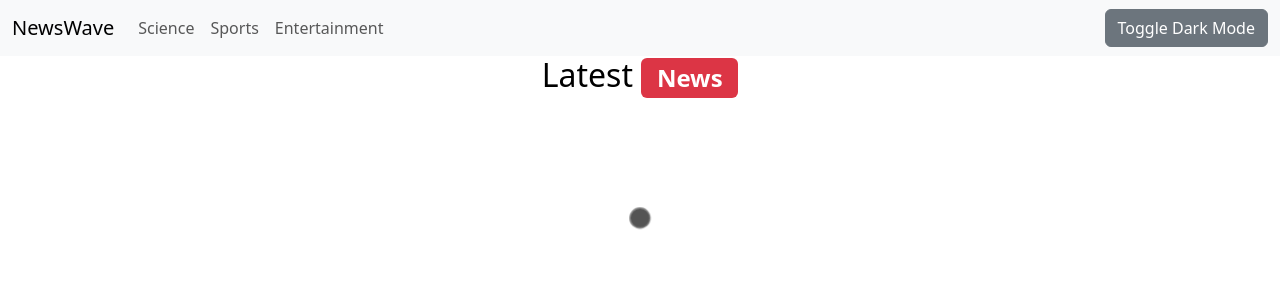
Repository: PranjalTripathi2003/news-wave
Page: /
These files come from the project's save history. The page is drawn as it stood at one moment and after the next save; the edit follows.
The browser window is 1280 px wide. The pictures show the whole page.
The page's requests for data from a server got no answer. The project was rebuilt for these pictures with package versions that can differ from the ones it lists, and the page was loaded fresh each time. No one was signed in, and anything a server would have sent is missing. Also part of the build but not shown: vite.config.js, src/styles/NewsItem.css, src/components/NewsItem.jsx.

Above is the page before, as saved 2024-07-26 11:30:53.

### index.html
<!DOCTYPE html>
<html lang="en">
  <head>
    <meta charset="UTF-8" />
    <meta name="viewport" content="width=device-width, initial-scale=1.0" />
    <title>NewsWave</title>
    <link
      href="https://cdn.jsdelivr.net/npm/bootstrap@5.3.3/dist/css/bootstrap.min.css"
      rel="stylesheet"
      integrity="sha384-QWTKZyjpPEjISv5WaRU9OFeRpok6YctnYmDr5pNlyT2bRjXh0JMhjY6hW+ALEwIH"
      crossorigin="anonymous"
    />
    <link rel="icon" href="data:[embedded picture, 141 characters]">
  </head>
  <body>
    <div id="root"></div>
    <script type="module" src="/src/main.jsx"></script>
    <script
      src="https://cdn.jsdelivr.net/npm/bootstrap@5.3.3/dist/js/bootstrap.bundle.min.js"
      integrity="sha384-YvpcrYf0tY3lHB60NNkmXc5s9fDVZLESaAA55NDzOxhy9GkcIdslK1eN7N6jIeHz"
      crossorigin="anonymous"
    ></script>
  </body>
</html>

### src/App.jsx
import React, { useState, useEffect } from "react";
import Navbar from "./components/Navbar";
import NewsBoard from "./components/NewsBoard";
import "./styles/DarkMode.css";

const App = () => {
  const [category, setCategory] = useState("general");
  const [darkMode, setDarkMode] = useState(false);

  const toggleDarkMode = () => {
    setDarkMode(!darkMode);
  };

  useEffect(() => {
    document.body.className = darkMode ? "dark-mode" : "light-mode";
  }, [darkMode]);

  return (
    <>
      <Navbar
        setCategory={setCategory}
        darkMode={darkMode}
        toggleDarkMode={toggleDarkMode}
      />
      <NewsBoard category={category} darkMode={darkMode} />
    </>
  );
};

export default App;

### src/components/Navbar.jsx
import React from "react";
import "../styles/Navbar.css"; // Adjust the path as necessary

const Navbar = ({ setCategory, toggleDarkMode }) => {
  return (
    <nav className="navbar navbar-expand-lg navbar-light bg-light">
      <div className="container-fluid">
        <a className="navbar-brand" href="#">
          NewsWave
        </a>
        <button
          className="navbar-toggler"
          type="button"
          data-bs-toggle="collapse"
          data-bs-target="#navbarNav"
          aria-controls="navbarNav"
          aria-expanded="false"
          aria-label="Toggle navigation"
        >
          <span className="navbar-toggler-icon"></span>
        </button>
        <div className="collapse navbar-collapse" id="navbarNav">
          <ul className="navbar-nav">
            <li className="nav-item">
              <div className="nav-link" onClick={() => setCategory("science")}>
                Science
              </div>
            </li>
            <li className="nav-item">
              <div className="nav-link" onClick={() => setCategory("sports")}>
                Sports
              </div>
            </li>
            <li className="nav-item">
              <div
                className="nav-link"
                onClick={() => setCategory("entertainment")}
              >
                Entertainment
              </div>
            </li>
          </ul>
          <button
            className="btn btn-secondary ms-auto"
            onClick={toggleDarkMode}
          >
            Toggle Dark Mode
          </button>
        </div>
      </div>
    </nav>
  );
};

export default Navbar;

### src/components/NewsBoard.jsx
import React, { useEffect, useState } from "react";
import NewsItem from "./NewsItem";
import Spinner from "./Spinner";

const NewsBoard = ({ category, darkMode }) => {
  const [articles, setArticles] = useState([]);
  const [loading, setLoading] = useState(true);

  useEffect(() => {
    setLoading(true);
    let url = `https://newsapi.org/v2/top-headlines?country=in&category=${category}&apiKey=${
      import.meta.env.VITE_API_KEY
    }`;
    fetch(url).then((response) => {
      response.json().then((data) => {
        setArticles(data.articles);
        setLoading(false);
      });
    });
  }, [category]);

  return (
    <div className={darkMode ? "dark-mode" : "light-mode"}>
      <h2 className="text-center">
        Latest <span className="badge bg-danger">News</span>
      </h2>
      {loading ? (
        <Spinner />
      ) : (
        articles.map((news, index) => {
          return (
            <NewsItem
              key={index}
              title={news.title}
              description={news.description}
              src={news.urlToImage}
              url={news.url}
              darkMode={darkMode} // Pass dark mode state
            />
          );
        })
      )}
    </div>
  );
};

export default NewsBoard;

### src/styles/DarkMode.css
/* DarkMode.css */
body.dark-mode {
  background-color: #2E2E2E; /* Graying dark background */
  color: #ffffff;
}

body.light-mode {
  background-color: #ffffff;
  color: #000000;
}

.navbar-dark {
  background-color: #343a40 !important;
}

.navbar-light {
  background-color: #f8f9fa !important;
}

.bg-dark {
  background-color: #343a40 !important;
}

.text-light {
  color: #ffffff !important;
}

### src/styles/Navbar.css
/* Navbar.css */
.nav-link {
  cursor: pointer;
}

### src/components/Spinner.jsx
import React from "react";
import "../styles/Spinner.css";

const Spinner = () => {
  return (
    <div className="spinner">
      <div className="double-bounce1"></div>
      <div className="double-bounce2"></div>
    </div>
  );
};

export default Spinner;

### src/styles/Spinner.css
/* Spinner.css */
.spinner {
  width: 40px;
  height: 40px;
  position: relative;
  margin: 100px auto;
}

.double-bounce1,
.double-bounce2 {
  width: 100%;
  height: 100%;
  border-radius: 50%;
  background-color: #333;
  opacity: 0.6;
  position: absolute;
  top: 0;
  left: 0;
  animation: sk-bounce 2.0s infinite ease-in-out;
}

.double-bounce2 {
  animation-delay: -1.0s;
}

@keyframes sk-bounce {
  0%,
  100% {
    transform: scale(0);
  }
  50% {
    transform: scale(1);
  }
}

/* Dark mode styles */
body.dark-mode .spinner .double-bounce1,
body.dark-mode .spinner .double-bounce2 {
  background-color: #ffffff; /* White color for dark mode */
}

Loaded but not shown: src/main.jsx (common file)

After the next save:
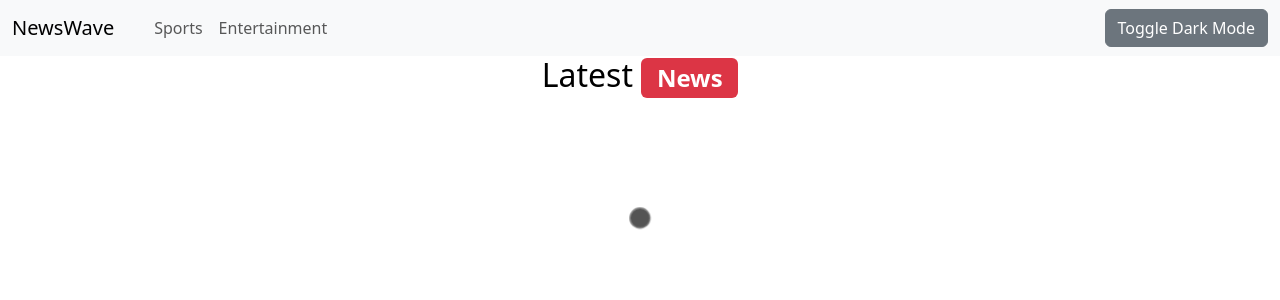
Saved 15 min 10 s later.
--- a/src/components/Navbar.jsx
+++ b/src/components/Navbar.jsx
@@ -23,7 +23,7 @@ const Navbar = ({ setCategory, toggleDarkMode }) => {
           <ul className="navbar-nav">
             <li className="nav-item">
               <div className="nav-link" onClick={() => setCategory("science")}>
-                Science
+
               </div>
             </li>
             <li className="nav-item">
